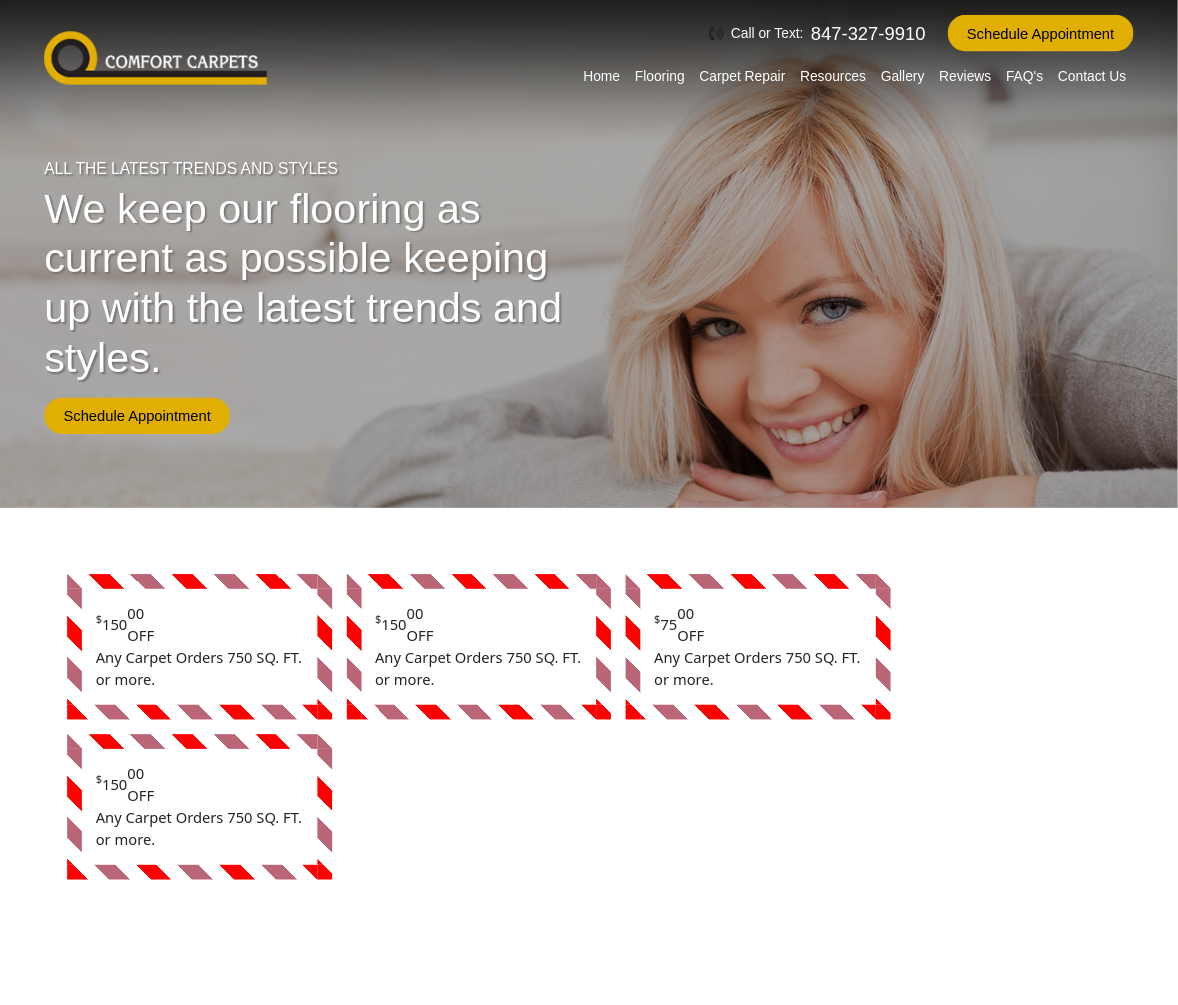
Repository: Ab-dur-Rehman/sscaseFolders
Page: index.html
These files come from the project's save history. The page is drawn as it stood at one moment and after the next save; the edit follows.
The browser window is 1280 px wide. The pictures show the whole page, at 92% of full size.
Some web fonts or font styles are not loaded; a fallback is used.

Above is the page before, as saved 2022-12-21 18:51:12.

### index.html
<!doctype html>
<html lang="en">
  <head>
    <meta charset="utf-8">
    <meta name="viewport" content="width=device-width, initial-scale=1">
    <!-- Bootstrap CSS -->
    <link href="https://cdn.jsdelivr.net/npm/bootstrap@5.0.2/dist/css/bootstrap.min.css" rel="stylesheet" integrity="sha384-EVSTQN3/azprG1Anm3QDgpJLIm9Nao0Yz1ztcQTwFspd3yD65VohhpuuCOmLASjC" crossorigin="anonymous">
    <!-- Custom CSS -->
    <link rel="stylesheet" href="assets/css/style.css">
    <!-- FontAwesome -->
    <link rel="stylesheet" href="https://cdnjs.cloudflare.com/ajax/libs/font-awesome/6.2.1/css/all.min.css" integrity="sha512-MV7K8+y+gLIBoVD59lQIYicR65iaqukzvf/nwasF0nqhPay5w/9lJmVM2hMDcnK1OnMGCdVK+iQrJ7lzPJQd1w==" crossorigin="anonymous" referrerpolicy="no-referrer" />
    <!-- JQuery -->
    <script src="https://code.jquery.com/jquery-3.6.1.min.js" integrity="sha256-o88AwQnZB+VDvE9tvIXrMQaPlFFSUTR+nldQm1LuPXQ=" crossorigin="anonymous"></script>
    <!-- Bootstrap JS -->
    <script src="https://cdn.jsdelivr.net/npm/bootstrap@5.0.2/dist/js/bootstrap.bundle.min.js" integrity="sha384-MrcW6ZMFYlzcLA8Nl+NtUVF0sA7MsXsP1UyJoMp4YLEuNSfAP+JcXn/tWtIaxVXM" crossorigin="anonymous"></script>
    <!-- Custom Scripts -->
    <script type="module" src="assets/js/script.js"></script>

    <title>Comfort Carpets</title>
  </head>
  <body>
    <div class="col-lg-12 mx-auto main-wrapper">

      <header class="py-3 px-5 header-top">
        <div class="header-top-inner row gx-0 max-content d-flex flex-row align-items-center">
          <div class="col-md-3 logo-top mx-0 px-0">
            <a href="#"><img src="assets/images/logo.png" alt="logo"/></a>
          </div>
          <div class="col-md-9 header-left mx-0 px-0 py-0">
            <div class="top-call-info">
              <div class="top-call-info-inner d-flex flex-row justify-content-end align-items-center">
                <div class="top-call-info-inner-left px-4 d-flex flex-row align-items-center">
                  <i class="fa fa-volume-control-phone" aria-hidden="true"></i>
                  <span class="call-text px-2">Call or Text: </span>
                  <span class="call-number">847-327-9910</span>
                </div>
                <div class="top-call-info-inner-right">
                  <button type="button" class="btn btn-appointment">Schedule Appointment</button>
                </div>
              </div>
            </div>
            <div class="main-nav-wrapper">
              <nav class="navbar navbar-expand-lg navbar-light">
                <div class="container-fluid justify-content-end">
                  <button class="navbar-toggler" type="button" data-bs-toggle="collapse" data-bs-target="#navbarNav" aria-controls="navbarNav" aria-expanded="false" aria-label="Toggle navigation">
                    <span class="navbar-toggler-icon"></span>
                  </button>
                  <div class="collapse navbar-collapse justify-content-end" id="navbarNav">
                    <ul class="navbar-nav text-end">
                      <li class="nav-item">
                        <a class="nav-link active" aria-current="page" href="#">Home</a>
                      </li>
                      <li class="nav-item">
                        <a class="nav-link" href="#">Flooring</a>
                      </li>
                      <li class="nav-item">
                        <a class="nav-link" href="#">Carpet Repair</a>
                      </li>
                      <li class="nav-item">
                        <a class="nav-link" href="#">Resources</a>
                      </li>
                      <li class="nav-item">
                        <a class="nav-link" href="#">Gallery</a>
                      </li>
                      <li class="nav-item">
                        <a class="nav-link" href="#">Reviews</a>
                      </li>
                      <li class="nav-item">
                        <a class="nav-link" href="#">FAQ's</a>
                      </li>
                      <li class="nav-item">
                        <a class="nav-link" href="#">Contact Us</a>
                      </li>
                    </ul>
                  </div>
                </div>
              </nav>
            </div>
          </div>
        </div>
        <div class="header-bottom row gx-0 max-content d-flex flex-row align-items-center py-5 my-3">
          <div class="col-lg-6 banner-text mx-0 px-0">
            <div class="banner-text-inner">
              <h4 class="banner-title">All the latest trends and styles</h4>
              <p class="banner-sub">We keep our flooring as current as possible keeping up with the latest trends and styles.</p>
              <div class="top-call-info-inner-right">
                <button type="button" class="btn btn-appointment">Schedule Appointment</button>
              </div>
          </div>
          <div class="col-lg-6 mx-0 px-0"></div>
        </div>
      </header>
      <div class="header-bottom col-lg-12 mx-auto main-content-2">
        <div class="row gx-0 d-flex flex-row align-items-center py-5 my-3">
          <div class="tab-wrapper col-3 m-2">
            <div class="tab-price d-flex flex-row align-items-center">
              <sup>$</sup>150<span>00</br>OFF</span>
            </div>
            <span>Any Carpet Orders</span>
            <span>750 SQ. FT. or more.</span>
          </div>
          <div class="tab-wrapper col-3 m-2">
            <div class="tab-price d-flex flex-row align-items-center">
              <sup>$</sup>150<span>00</br>OFF</span>
            </div>
            <span>Any Carpet Orders</span>
            <span>750 SQ. FT. or more.</span>
          </div>
          <div class="tab-wrapper col-3 m-2">
            <div class="tab-price d-flex flex-row align-items-center">
              <sup>$</sup>75<span>00</br>OFF</span>
            </div>
            <span>Any Carpet Orders</span>
            <span>750 SQ. FT. or more.</span>
          </div>
          <div class="tab-wrapper col-3 m-2">
            <div class="tab-price d-flex flex-row align-items-center">
              <sup>$</sup>150<span>00</br>OFF</span>
            </div>
            <span>Any Carpet Orders</span>
            <span>750 SQ. FT. or more.</span>
          </div>
        </div>
      </div>
      <content class="col-12 main-content">

      </content>
      <footer class="row gx-0 py-3 px-5 footer-wrapper text-center mt-5">

      </footer>
    </div>
  </body>
</html>

### assets/css/style.css
@import url('https://fonts.googleapis.com/css2?family=Amiko:wght@400;600;700&family=Chivo:wght@400;500;600;700&display=swap');


img { width:100%;}
/* body { color:#fff;} */

/* font-family: 'Amiko', sans-serif;
font-family: 'Chivo', sans-serif; */

.logo-top img {
    max-width: 242px;
}
.max-content {
    max-width: 1200px;
    margin: 0 auto;
    width: 100%;
}
.main-content-2 {
    max-width: 1150px;
    margin: 0 auto;
    width: 100%;
}
.header-top {
    background:url(../images/bnr.png);
    background-position: top center;
    background-repeat: no-repeat;
    background-size:cover;
}
.btn-appointment {
    background: #e1af02;
    color: #000;
    font-family: 'Amiko', sans-serif;
    padding: 12px 20px 10px 20px;
    border-radius: 5px;
    font-size: 16px;
    font-weight: 500;
    border-radius: 40px;
    line-height: 1;
}
.call-text {
    font-size: 15px;
    font-weight: 400;
    font-family: 'Amiko', sans-serif;
    color: #fff;
}
.call-number {
    font-size: 20px;
    font-weight: 500;
    font-family: 'Chivo', sans-serif;
    color: #fff;
}
.nav-link {
    font-size: 15px;
    font-weight: 400;
    font-family: 'Amiko', sans-serif;
    color: #fff!important;
}

.banner-title {
    font-size: 17px;
    font-weight: 500;
    font-family: 'Amiko', sans-serif;
    color: #fff;
    line-height: 1;
    text-transform: uppercase;
    text-shadow: 2px 2px 2px #777371;
}
.banner-sub {
    font-size: 45px;
    font-weight: 400;
    font-family: 'Chivo', sans-serif;
    color: #fff;
    line-height: 1.2;
    text-shadow: 2px 2px 2px #777371;
}
.tab-wrapper {
    border: 10px solid transparent;
    padding: 15px;
    /* border-image: url(../images/31.png) 4% round; */
    /* border-image-outset: 10px 5px 15px 5px; */
    /* border-image-slice: 70; */
    /* border-image-source:url('../images/31.png');
    border-image-repeat: stretch;
    border-image-slice: 30;
    border-image-width: 50px;
    border-image-outset: 10px; */

    border: 16px solid transparent;
	border-image: 16 repeating-linear-gradient(45deg, red 0, red 1em, transparent 0, transparent 2em,#b67 0, #b67 3em, transparent 0, transparent 4em);

}

/* //Responsive */

@media only screen and (max-width: 1350px) {

}

@media only screen and (max-width: 1262px) and (min-width: 1024px) {

}
@media only screen and (max-width: 1023px) {

}
@media only screen and (max-width: 982px) {

}
@media only screen and (max-width: 685px) {

}
@media only screen and (max-width: 576px) {

}

### assets/js/script.js
//doughnut
// var ctxD = document.getElementById("doughnutChart").getContext('2d');
// var ctxD2 = document.getElementById("doughnutChart2").getContext('2d');
// var myLineChart = new Chart(ctxD, {
//   type: 'doughnut',
//   data: {
//     labels: ["Red", "Green"],
//     datasets: [{
//       data: [25, 75],
//       backgroundColor: ["#F7464A", "#46BFBD"],
//       hoverBackgroundColor: ["#FF5A5E", "#5AD3D1"]
//     }]
//   },
//   options: {
//   	responsive: true
//   }
// });

// var myLineChart2 = new Chart(ctxD2, {
//     type: 'doughnut',
//     data: {
//       labels: ["Red", "Green"],
//       datasets: [{
//         data: [25, 75],
//         backgroundColor: ["#F7464A", "#46BFBD"],
//         hoverBackgroundColor: ["#FF5A5E", "#5AD3D1"]
//       }]
//     },
//     options: {
//         responsive: true
//     }
//   });

$(".option-icon-right input:checkbox").change(function(){
    $(this).closest("li").toggleClass('selected', this.checked);
    $('li.selected .option-icon-right label span').text('On');
    $('li:not(.selected) .option-icon-right label span').text('Off');
});

After the next save:
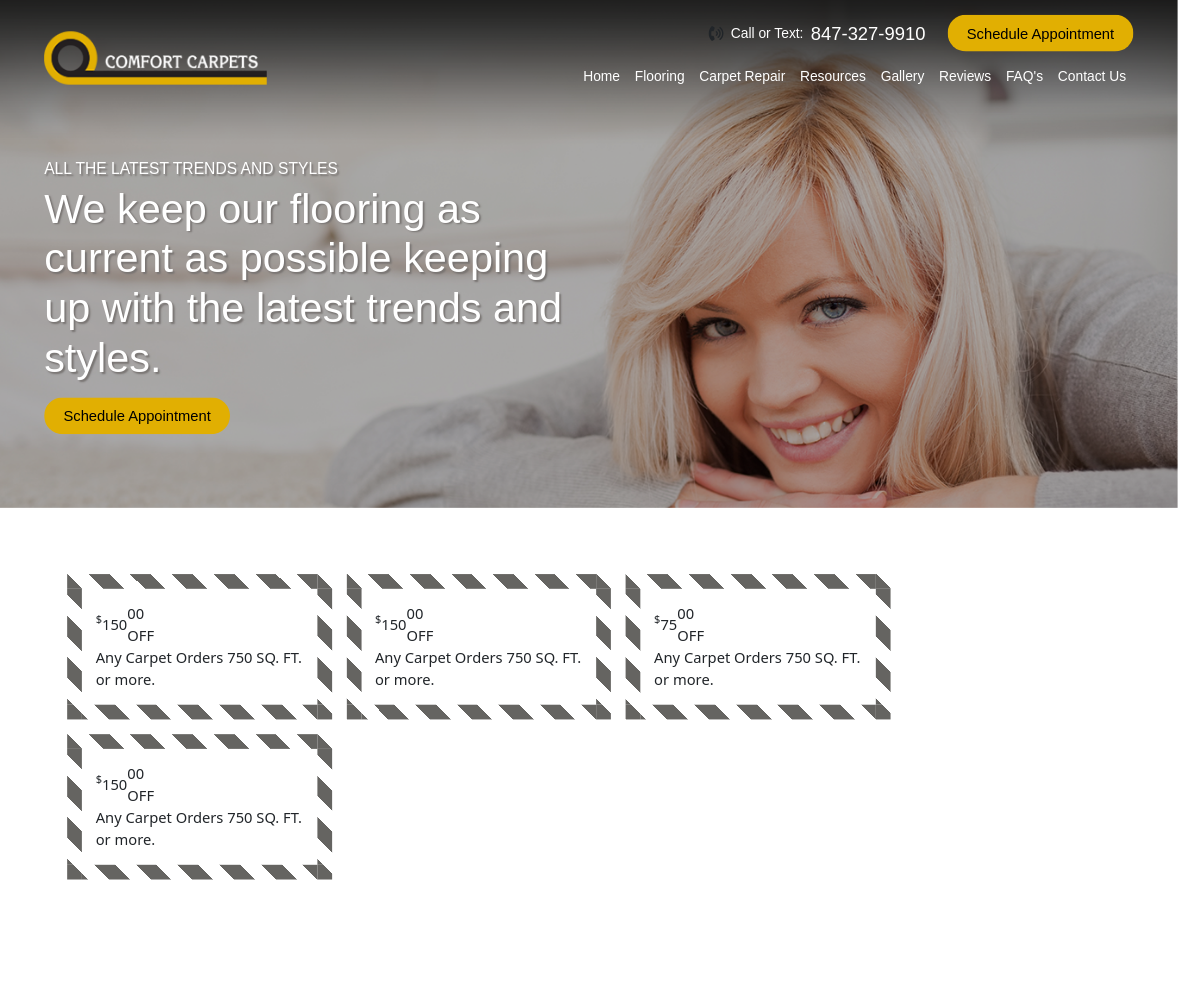
Saved 75 s later.
--- a/assets/css/style.css
+++ b/assets/css/style.css
@@ -86,7 +86,7 @@
     border-image-outset: 10px; */
 
     border: 16px solid transparent;
-	border-image: 16 repeating-linear-gradient(45deg, red 0, red 1em, transparent 0, transparent 2em,#b67 0, #b67 3em, transparent 0, transparent 4em);
+	border-image: 16 repeating-linear-gradient(45deg, #656461 0, #656461 1em, transparent 0, transparent 2em, #656461 0, #656461 3em, transparent 0, transparent 4em);
 
 }
 
